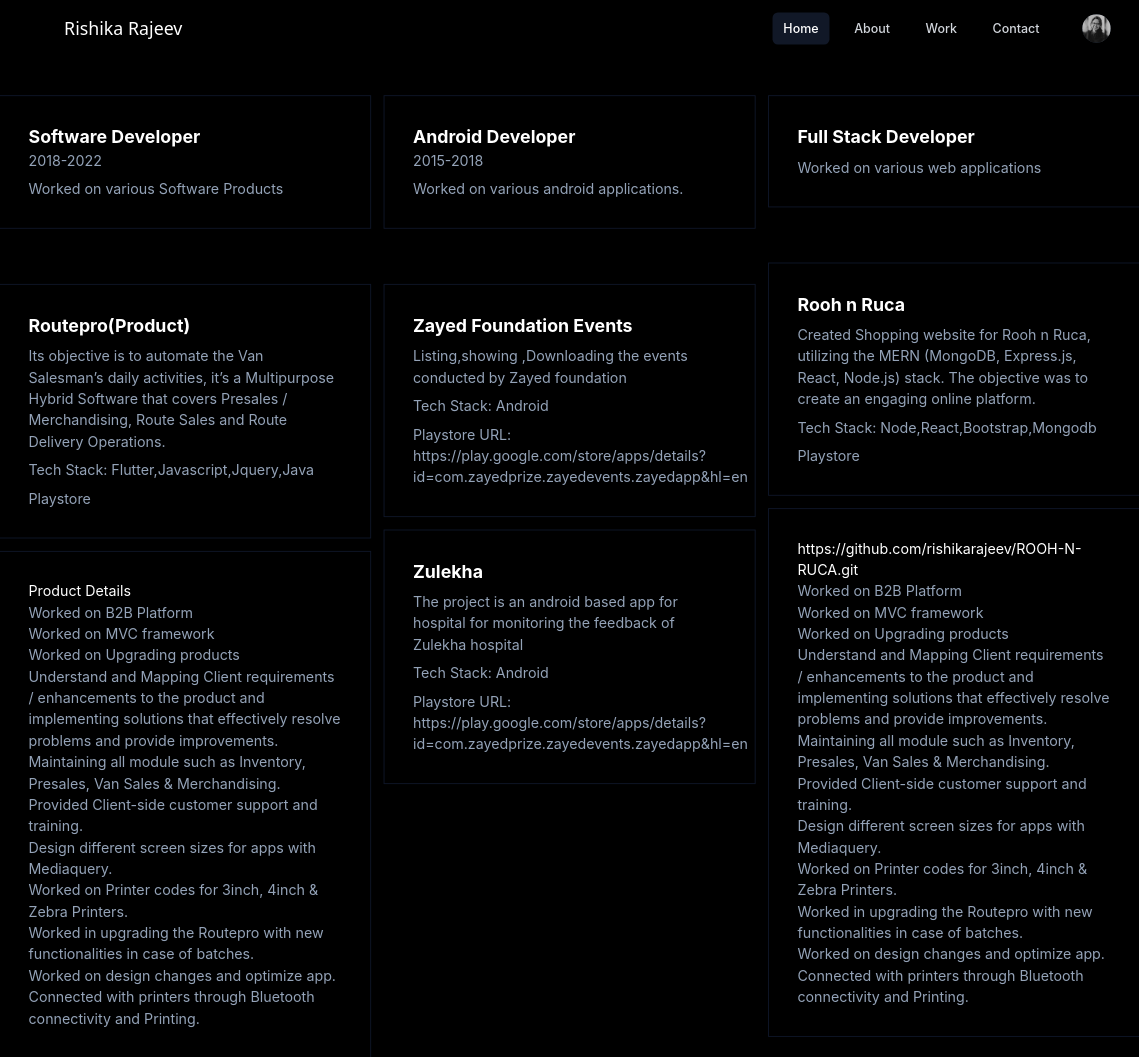
Repository: rishikarajeev/portfolio_rishika
Page: /work
The author's editor kept a copy of each file at every save. The page is drawn from the files as they stood at one save, then again after the next save.
The browser window is 1280 px wide. The pictures show the whole page, at 89% of full size.
The project was rebuilt for these pictures with package versions that can differ from the ones it lists, and the page was loaded fresh each time. Also part of the build but not shown: src/Pages/Home.jsx, src/Pages/About.jsx, src/Pages/Contact.jsx.

Above is the page before, as saved 2023-10-23 19:02:49.

After the next save:
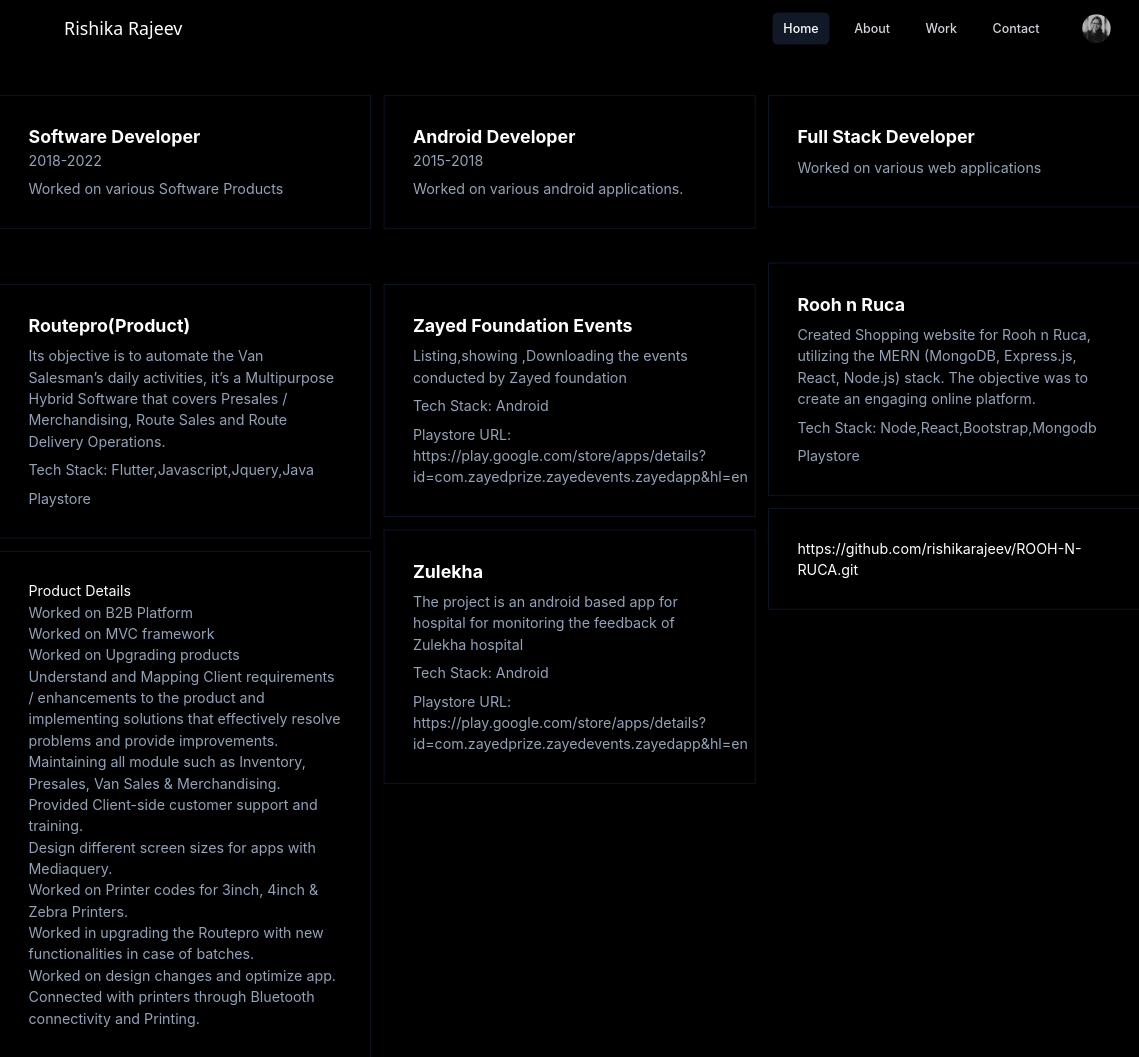
Saved 18 s later.
--- a/src/Pages/Mywork.jsx
+++ b/src/Pages/Mywork.jsx
@@ -103,36 +103,7 @@ function Mywork() {
               />
               <div className="dark:text-slate-400 ring-1 ring-slate-900 max-w-2xl p-8 dark dark:bg-black">
                 <h2 className="text-white"> https://github.com/rishikarajeev/ROOH-N-RUCA.git</h2>
-                <ul>
-                  <li>Worked on B2B Platform</li>
-                  <li>Worked on MVC framework</li>
-                  <li>Worked on Upgrading products </li>
-                  <li>
-                    Understand and Mapping Client requirements / enhancements to
-                    the product and implementing solutions that effectively
-                    resolve problems and provide improvements.
-                  </li>
-                  <li>
-                    Maintaining all module such as Inventory, Presales, Van
-                    Sales & Merchandising.
-                  </li>
-                  <li>Provided Client-side customer support and training.</li>
-                  <li>
-                    Design different screen sizes for apps with Mediaquery.
-                  </li>
-                  <li>
-                    Worked on Printer codes for 3inch, 4inch & Zebra Printers.
-                  </li>
-                  <li>
-                    Worked in upgrading the Routepro with new functionalities in
-                    case of batches.
-                  </li>
-                  <li>Worked on design changes and optimize app.</li>
-                  <li>
-                    Connected with printers through Bluetooth connectivity and
-                    Printing.
-                  </li>
-                </ul>
+
               </div>
             </div>
           </div>
